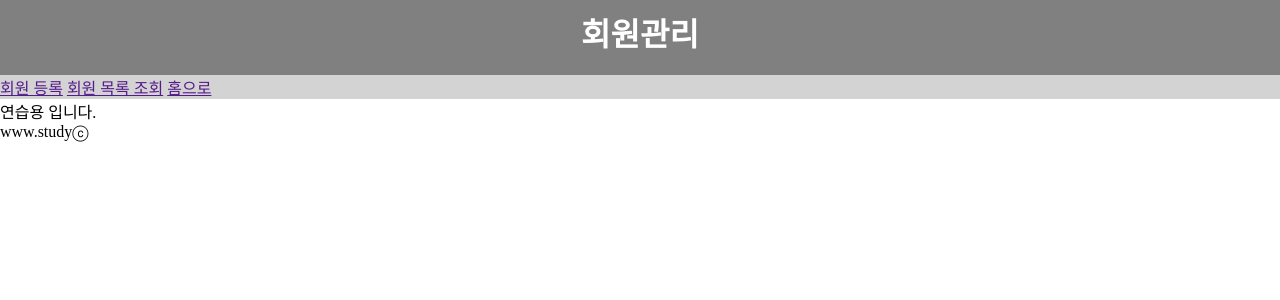
Repository: jieun000/Craftsman_Information_Processing
Page: http://localhost/00_study/
An editor plug-in stored every save of this project. The page is shown before and after the next save, followed by the edit.
The browser window is 1280 px wide. The pictures show the whole page.
The page is served by Tomcat 9. Other server files are loaded and not shown.

Above is the page before, as saved 2023-07-02 13:18:31.

### 00_study/WebContent/index.jsp
<%@ page language="java" contentType="text/html; charset=UTF-8"
    pageEncoding="UTF-8"%>
<!DOCTYPE html>
<html>
<head>
<meta charset="UTF-8">
<title>Insert title here</title>
<style>
	* {
		margin: 0px;
		padding: 0px;
	}
	header {
		width: 100%;
		height: 75px;
		background: gray;
		color: white;
		text-align: center;
		line-height: 70px;
	}
	nav {
		background: lightgray;
	}
</style>
</head>
<body>
	<header>
		<h1>회원관리</h1>
	</header>
	<nav>
		<a href="">회원 등록</a>
		<a href="">회원 목록 조회</a>
		<a href="">홈으로</a>
	</nav>
	<p>연습용 입니다.</p>
	<footer>
		www.studyⓒ
	</footer>
</body>
</html>

After the next save:
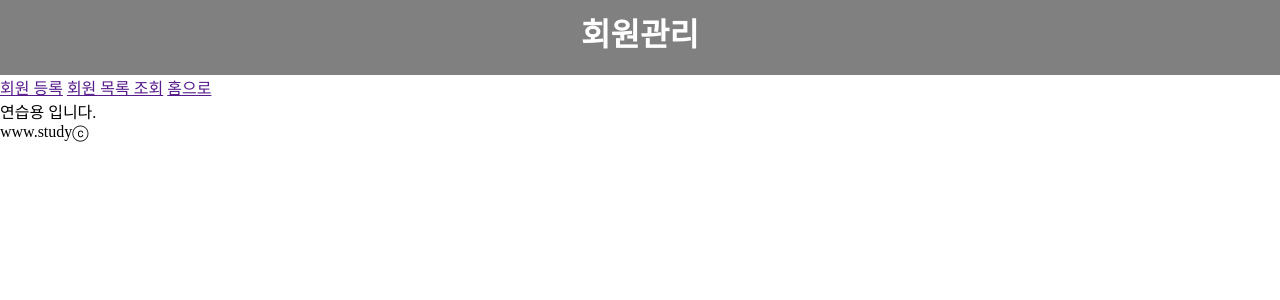
Saved 26 s later.
--- a/00_study/WebContent/index.jsp
+++ b/00_study/WebContent/index.jsp
@@ -19,6 +19,7 @@
 		line-height: 70px;
 	}
 	nav {
+		height:50px
 		background: lightgray;
 	}
 </style>
